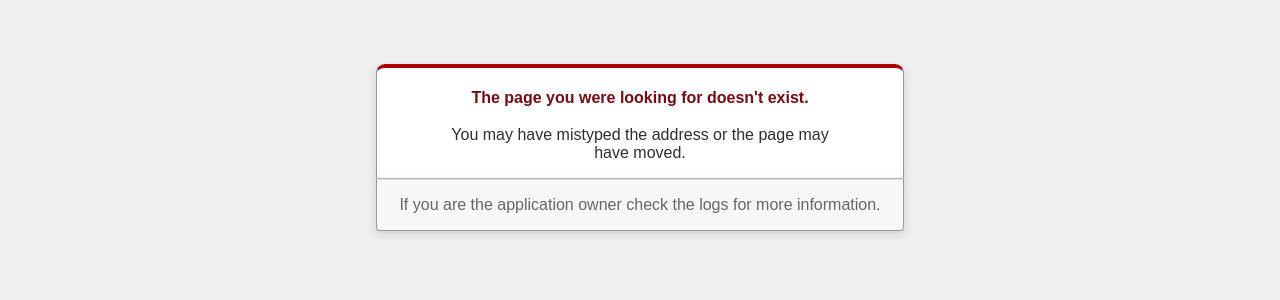
Repository: MLbier/project4habits
Page: public/404.html
The author's editor kept a copy of each file at every save. The page is drawn from the files as they stood at one save, then again after the next save.
The browser window is 1280 px wide. The pictures show the whole page.

Above is the page before, as saved 2021-12-03 12:55:48.

After the next save:
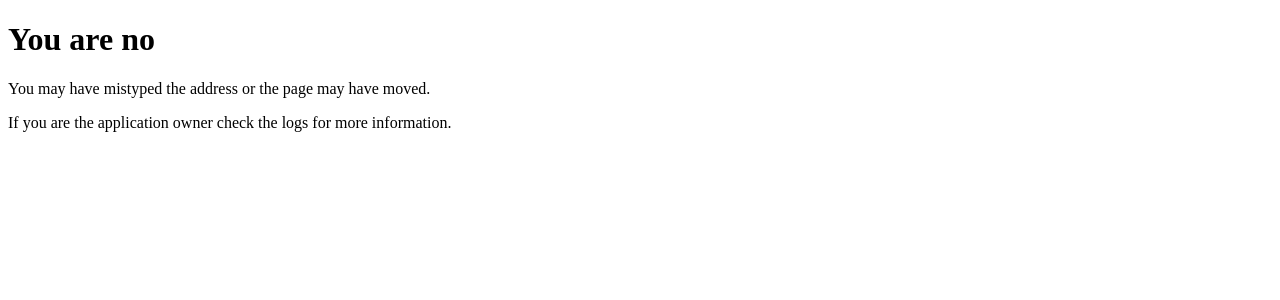
Saved 10 min 57 s later.
--- a/public/404.html
+++ b/public/404.html
@@ -54,11 +54,11 @@
   </style>
 </head>
 
-<body class="rails-default-error-page">
+<body>
   <!-- This file lives in public/404.html -->
   <div class="dialog">
     <div>
-      <h1>The page you were looking for doesn't exist.</h1>
+      <h1>You are no</h1>
       <p>You may have mistyped the address or the page may have moved.</p>
     </div>
     <p>If you are the application owner check the logs for more information.</p>
